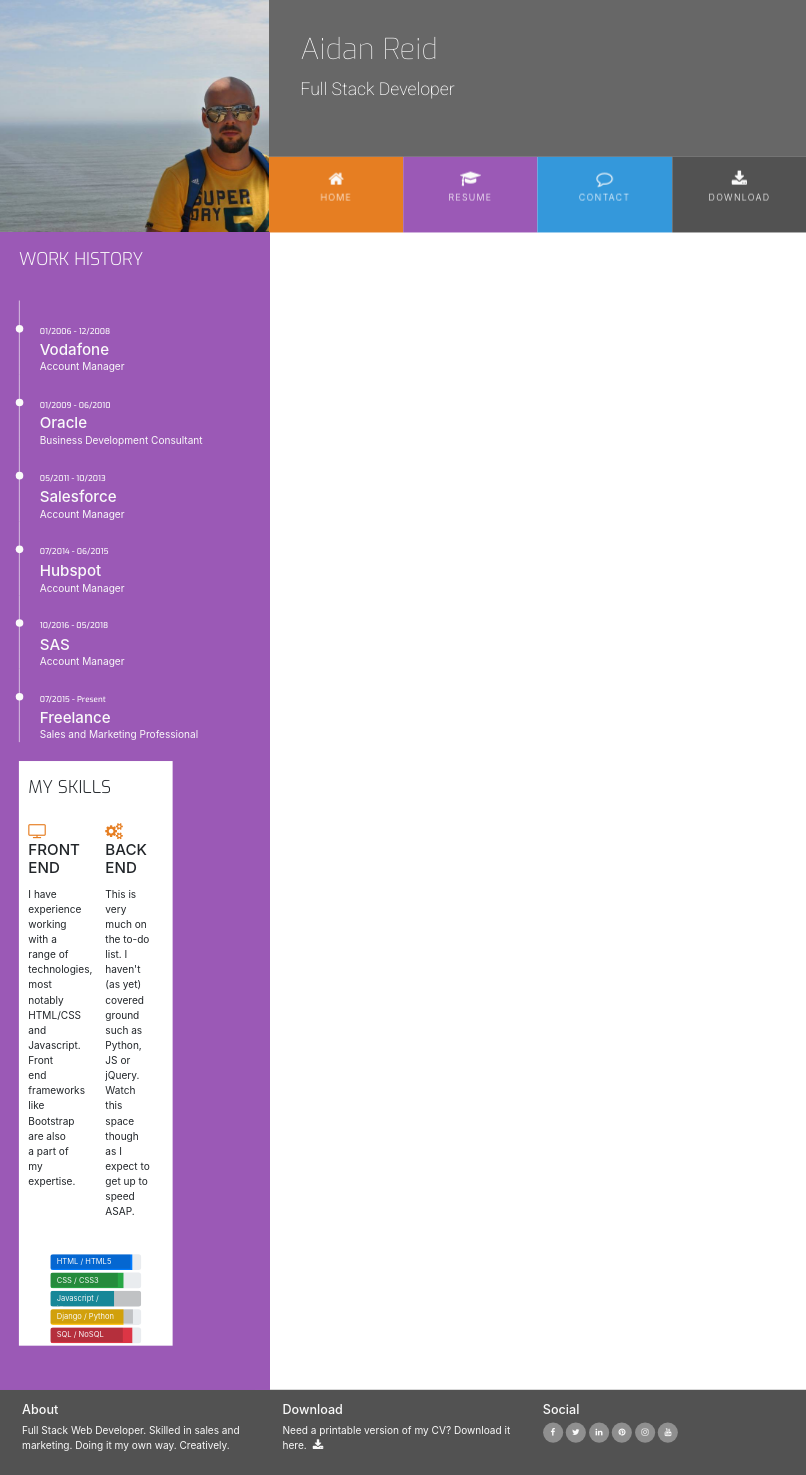
Repository: AidanJReid/Resume
Page: resume.html
The author's editor kept a record of every edit. The page is drawn from the files as they stood at one moment, then again after the next edit.
The browser window is 1280 px wide. The pictures show the whole page, at 63% of full size.

Above is the page before.

### resume.html
<!DOCTYPE html>
<html lang="en">

<head>
    <meta charset="UTF-8">
    <meta name="viewport" content="width=device-width, initial-scale=1.0">
    <meta http-equiv="X-UA-Compatible" content="ie=edge">
    <link rel="stylesheet" href="https://stackpath.bootstrapcdn.com/bootstrap/4.3.1/css/bootstrap.min.css" type="text/css" />
    <link rel="stylesheet" href="https://stackpath.bootstrapcdn.com/font-awesome/4.7.0/css/font-awesome.min.css" type="text/css" />
    <link rel="stylesheet" href="https://cdnjs.cloudflare.com/ajax/libs/hover.css/2.3.1/css/hover-min.css" type="text/css" />
    <link rel="stylesheet" href="assets/css/style.css" type="text/css" />
    <title>Aidan</title>
</head>

<body>
    <header>
        <div class="row no-gutters">
            <a href="index.html" class="col-md-4 logo">

            </a>
            <div class="col-md-8">
                <div class="row no-gutters bg-color-name-title">
                    <div class="col heading">
                        <h1 class="name">Aidan Reid</h1>
                        <h2 class="title">Full Stack Developer</h2>
                    </div>
                </div>
                <div class="row no-gutters">
                    <div class="col">
                        <ul id="nav" class="list-inline menucontainer">
                            <li class="col-6 col-sm-3 ui-menu-color-home list-inline-item menuitem">
                                <a href="#" class="hvr-sweep-to-bottom">
                                    <i class="fa fa-home" aria-hidden="true"></i>
                                    <span>Home</span>
                                </a>
                            </li>
                            <li class="col-6 col-sm-3 ui-menu-color-resume list-inline-item menuitem">
                                <a href="#" class="hvr-sweep-to-bottom">
                                    <i class="fa fa-graduation-cap" aria-hidden="true"></i>
                                    <span>Resume</span>
                                </a>
                            </li>
                            <li class="col-6 col-sm-3 ui-menu-color-contact list-inline-item menuitem">
                                <a href="#" class="hvr-sweep-to-bottom">
                                    <i class="fa fa-comment-o" aria-hidden="true"></i>
                                    <span>Contact</span>
                                </a>
                            </li>
                            <li class="col-6 col-sm-3 ui-menu-color-download list-inline-item menuitem">
                                <a href="#" class="hvr-sweep-to-bottom">
                                    <i class="fa fa-download" aria-hidden="true"></i>
                                    <span>Download</span>
                                </a>
                            </li>
                        </ul>
                    </div>
                </div>
            </div>
        </div>
    </header>
    <section class="container-fluid">
        <div class="row">
            <div class="col-md-4 bg-color-work-history section-column">
                <div class="row">
                    <div class="col-12">
                        <h3 class="history-heading uppercase">Work History</h3>
                    </div>
                </div>
                <div class="history-items">
                <div class="timeline-item" data-dates="01/2006 - 12/2008">
                    <h4>Vodafone</h4>
                    <p>Account Manager</p>
                </div>
                <div class="timeline-item" data-dates="01/2009 - 06/2010">
                    <h4>Oracle</h4>
                    <p>Business Development Consultant</p>
                </div>
                <div class="timeline-item" data-dates="05/2011 - 10/2013">
                    <h4>Salesforce</h4>
                    <p>Account Manager</p>
                </div>
                <div class="timeline-item" data-dates="07/2014 - 06/2015">
                    <h4>Hubspot</h4>
                    <p>Account Manager</p>
                </div>
                <div class="timeline-item" data-dates="10/2016 - 05/2018">
                    <h4>SAS</h4>
                    <p>Account Manager</p>
                </div>
                <div class="timeline-item" data-dates="07/2015 - Present">
                    <h4>Freelance</h4>
                    <p>Sales and Marketing Professional</p>
                </div>
            </div>
            <div class="col-md-8 bg-color-three-reasons">
                <div class="row">
                    <div class="col">
                        <h3 class="section-heading uppercase">My Skills</h3>
                    </div>
                </div>
                <div class="row">
                    <div class="col-10 offset-1 offset-sm-0 col-sm-4 col-md-6">
                        <div class="row">
                            <div class="col-2">
                                <i class="three-reasons-icon fa fa-tv" aria-hidden="true"></i>
                            </div>
                            <div class="col-10">
                                <h4 class="three-reasons-heading uppercase" aria-hidden="true">Front End</h4>
                                <p>
                                    I have experience working with a range of technologies, most notably HTML/CSS and Javascript. Front end frameworks like Bootstrap are also a part of my expertise.
                                </p>
                            </div>
                        </div>
                    </div>
                    <div class="col-10 offset-1 offset-sm-0 col-sm-4 col-md-6">
                        <div class="row">
                            <div class="col-2">
                                <i class="three-reasons-icon fa fa-gears" aria-hidden="true"></i>
                            </div>
                            <div class="col-10">
                                <h4 class="three-reasons-heading uppercase" aria-hidden="true">Back End</h4>
                                <p>
                                    This is very much on the to-do list. I haven't (as yet) covered ground such as Python, JS or jQuery. Watch this space though as I expect to get up to speed ASAP.
                                </p>
                            </div>
                        </div>
                    </div>
                </div>
                <div class="row progress-section">
                    <div class="col">
                        <div class="progress">
                            <div class="progress-bar" role="progressbar" aria-valuenow="90" aria-valuemin="0" aria-valuemax="100" style="width:90%;">
                                <span class="sr-only">90% complete</span>
                            </div>
                            <span class="progress-type">HTML / HTML5</span>
                        </div>
                        <div class="progress">
                            <div class="progress-bar bg-success" role="progressbar" aria-valuenow="80" aria-valuemin="0" aria-valuemax="100" style="width:80%;">
                                <span class="sr-only">80% complete</span>
                            </div>
                            <span class="progress-type">CSS / CSS3</span>
                        </div>
                        <div class="progress">
                            <div class="progress-bar bg-info" role="progressbar" aria-valuenow="70" aria-valuemin="0" aria-valuemax="100" style="width:70%;">
                                <span class="sr-only">70% complete</span>
                            </div>
                            <span class="progress-type">Javascript / jQuery</span>
                        </div>
                        <div class="progress">
                            <div class="progress-bar bg-warning" role="progressbar" aria-valuenow="80" aria-valuemin="0" aria-valuemax="100" style="width:80%;">
                                <span class="sr-only">80% complete</span>
                            </div>
                            <span class="progress-type">Django / Python</span>
                        </div>
                        <div class="progress">
                            <div class="progress-bar bg-danger" role="progressbar" aria-valuenow="80" aria-valuemin="0" aria-valuemax="80" style="width:90%;">
                                <span class="sr-only">80% complete</span>
                            </div>
                            <span class="progress-type">SQL / NoSQL</span>
                        </div>
                    </div>
                </div>
            </div>

    </section>
    <footer class="container-fluid">
        <div id="footer-details" class="row">
            <div class="col-sm-4">
                <h5 class="uppercase-general-sub">About</h5>
                <p class="inline-block">
                    Full Stack Web Developer. Skilled in sales and marketing. Doing it my own way. Creatively.
                </p>
            </div>
            <div class="col-sm-4">
                <h5 class="uppercase-general-sub">Download</h5>
                <p class="inline-block">
                    Need a printable version of my CV? Download it here.
                    <a href="#" target="_blank" class="cv-pdf">
                        <i class="fa fa-download" aria-hidden="true"></i>
                        <span class="sr-only">Download link.</span>
                    </a>
                </p>
            </div>
            <div class="col-sm-4">
                <h5 class="uppercase-general-sub">Social</h5>
                <ul class="list-inline social-links">
                    <li class="list-inline-item">
                        <a target="_blank" href="#">
                            <i class="fa fa-facebook" aria-hidden="true"></i>
                            <span class="sr-only">Facebook</span>
                        </a>
                    </li>
                    <li class="list-inline-item">
                        <a target="_blank" href="#">
                            <i class="fa fa-twitter" aria-hidden="true"></i>
                            <span class="sr-only">Twitter</span>
                        </a>
                    </li>
                    <li class="list-inline-item">
                        <a target="_blank" href="#">
                            <i class="fa fa-linkedin" aria-hidden="true"></i>
                            <span class="sr-only">Linkedin</span>
                        </a>
                    </li>
                    <li class="list-inline-item">
                        <a target="_blank" href="#">
                            <i class="fa fa-pinterest" aria-hidden="true"></i>
                            <span class="sr-only">Pinterest</span>
                        </a>
                    </li>
                    <li class="list-inline-item">
                        <a target="_blank" href="#">
                            <i class="fa fa-instagram" aria-hidden="true"></i>
                            <span class="sr-only">Instagram</span>
                        </a>
                    </li>
                    <li class="list-inline-item">
                        <a target="_blank" href="#">
                            <i class="fa fa-youtube" aria-hidden="true"></i>
                            <span class="sr-only">Youtube</span>
                        </a>
                    </li>
                </ul>
            </div>
        </div>

    </footer>

</body>

</html>

### assets/css/style.css
@import url('https://fonts.googleapis.com/css?family=Roboto:100,200,300,400,500,600,700|Exo:100,200,300,400,500,600,700');

/* -----------------------------------Colours */

.bg-color-name-title {
    background-color: #676767;
}

.bg-color-three-reasons {
    background-color: #fff;
}

.bg-color-personal-info {
    background-color: #f4f4f4;
}

.bg-color-work-history {
    background-color: #9b59b6;
}

.bg-color-contact {
    background-color: #fff;
}

.ui-menu-color-home {
    background-color: #e67e22;
}

.ui-menu-color-resume {
    background-color: #9b59b6;
}

.ui-menu-color-contact {
    background-color: #3498db;
}

.ui-menu-color-download {
    background-color: #525252;
}



/* -----------------------------------Special paddings/margins/text */

h1,
h2,
h3,
h4 {
    margin: 0;
}

.uppercase {
    text-transform: uppercase;
}

.general-sub {
    font-family: "Exo", sans-serif;
    font-weight: 300;
    color: #fafafa;
}

.inline-block {
    display: inline-block;
}

.row-table {
    display: table;
}

.section-column {
    display: table-cell;
    padding: 0 30px 30px;
    float: none;
}

.history-heading,
.section-heading {
    font-family: "Exo", sans-serif;
    font-weight: 300;
    margin-top: 25px;
    margin-bottom: 40px;
}

/* -----------------------------------Heading */

header {
    margin: 0;
}

.heading {
    margin-left: 50px;
}

.logo {
    background: url("../images/AJ.jpg");
    background-position: center;
    background-repeat: no-repeat;
    background-size: cover;
    min-height: 360px;
    transition: all .5s ease-in-out;
    -moz-transition: all .5s ease-in-out;
    -webkit-transition: all .5s ease-in-out;
}

.name {
    font-family: "Exo", sans-serif;
    font-weight: 100;
    font-size: 46px;
    margin-top: 50px;
    color: #fff;
}

.title {
    font-family: "Roboto", sans-serif;
    font-weight: 200;
    font-size: 28px;
    margin-top: 20px;
    margin-bottom: 90px;
    color: #fff;
}



.list-inline-item:not(:last-child) {
    margin: 0;
}

.menucontainer {
    font-size: 0;
}

#nav {
    margin: 0;
}

#nav li {
    font-size: 14px;
    padding: 0;
}

.menuitem {
    height: 120px;
    text-align: center;
    padding: 0;
}

.menuitem a {
    width: 100%;
    text-decoration: none;
    color: #fff;
    height: 120px;
}

.menuitem a i {
    padding-top: 22px;
    display: block;
    color: #fafafa;
    font-size: 26px;
}

.menuitem span {
    display: block;
    width: 100%;
    padding-top: 5px;
    text-align: center;
    text-transform: uppercase;
    font-size: 14px;
    font-weight: 300;
    letter-spacing: 2px;
}

/* -----------------------------------Hover.css */

.hvr-sweep-to-bottom:before {
    background: rgba(0, 0, 0, 0.2);
    height: 120px;
}

/* -----------------------------------Footer */

footer {
    background-color: #525252;
    color: #fafafa;
    min-height: 120px;
    margin: 0;
}

.cv-pdf i {
    font-size: 18px;
    color: #fafafa;
    text-align: center;
    padding-left: 5px;
    transition: all 0.35s ease-in-out;
    -moz-transition: all 0.35s ease-in-out;
    -webkit-transition: all 0.35s ease-in-out;
    -o-transition: all 0.35s ease-in-out;
}

.cv-pdf i:hover {
    color: #e84610;
}

.social-links {
    padding-bottom: 15px;
}

.social-links li a i {
    width: 32px;
    height: 32px;
    padding: 12px 0;
    border-radius: 50%;
    font-size: 13px;
    line-height: 7px;
    text-align: center;
    color: #fafafa;
    background: #8f8f8f;
    transition: all 0.35s ease-in-out;
    -moz-transition: all 0.35s ease-in-out;
    -webkit-transition: all 0.35s ease-in-out;
    -o-transition: all 0.35s ease-in-out;
}

.social-links li a i:hover {
    background: #e84610;
}

#footer-details {
    padding: 20px;
}

/* -----------------------------------3 reasons */

.three-reasons-icon {
    font-size: 26px;
    color: #e67e22;
}

.three-reasons-heading {
    margin-bottom: 15px;
}

/* -----------------------------------Personal Info */

.personal-info-item {
    margin-bottom: 20px;
    display: block;
    clear: both;
}

.personal-info-item .key,
.personal-info-item .value {
    padding-right: 8px;
    display: inline-block;
}

.personal-info-item .key p,
.personal-info-item .value p {
    margin: 0;
}

.personal-info-item .key {
    width: 30%;
    margin-right: 21px;
    padding-top: 2px;
    vertical-align: top;
}

.personal-info-item .key p {
    font-weight: 700;
}

.personal-info-item .value {
    position: relative;
    width: 60%;
}

/* -----------------------------------Skills */

.progress {
    position: relative;
    height: 25px;
    margin-bottom: 4px;
}

.progress-type {
    position: absolute;
    left: 0px;
    font-weight: 400;
    padding: 3px 30px 2px 10px;
    color: #fafafa;
    background-color: rgba(25, 25, 25, 0.2);
}

.progress-section {
    margin: 40px 20px;
}

/* -----------------------------------Work History */

.history-heading {
    color: #fafafa;
    margin-bottom: 50px;
}

.timeline-item {
    padding: 4em 2em 0em 2em;
    position: relative;
    color: #fafafa;
    border-left: 1px solid;
}

.timeline-item p {
    padding: 0;
    margin: 0;
}

.timeline-item:before {
    content: attr(data-dates);
    position: absolute;
    left: 2.5em;
    top: 3em;
    display: block;
    font-family: "Exo", sans-serif;
    font-weight: 500;
    font-size: 0.8em;
    padding: 0;
    margin: 0;
}

.timeline-item:after {
    width: 12px;
    height: 12px;
    display: block;
    top: 2.4em;
    position: absolute;
    left: -6px;
    border-radius: 12px;
    content: '';
    background: #fafafa;
}

.history-items {
    margin-bottom: 30px;
}

/* -----------------------------------Contact Form */

.contact-heading {
    font-family: "Exo", sans-serif;
    font-weight: 300;
    margin-top: 25px;
    margin-bottom: 20px;
}

.center-form {
    padding-top: 10px;
    margin: 0 auto;
    max-width: 70%;
}

button[type="submit"] {
    margin-top: 15px;
    margin-bottom: 20px;
    color: #fafafa;
    background-color: #e84610;
}

/* -----------------------------------Media Queries */

@media(min-width: 992px) {
    .center-form {
        padding-top: 30px;
        min-height: 240px;
        margin: 0 auto;
        max-width: 50%;
    }
}

After the next edit:
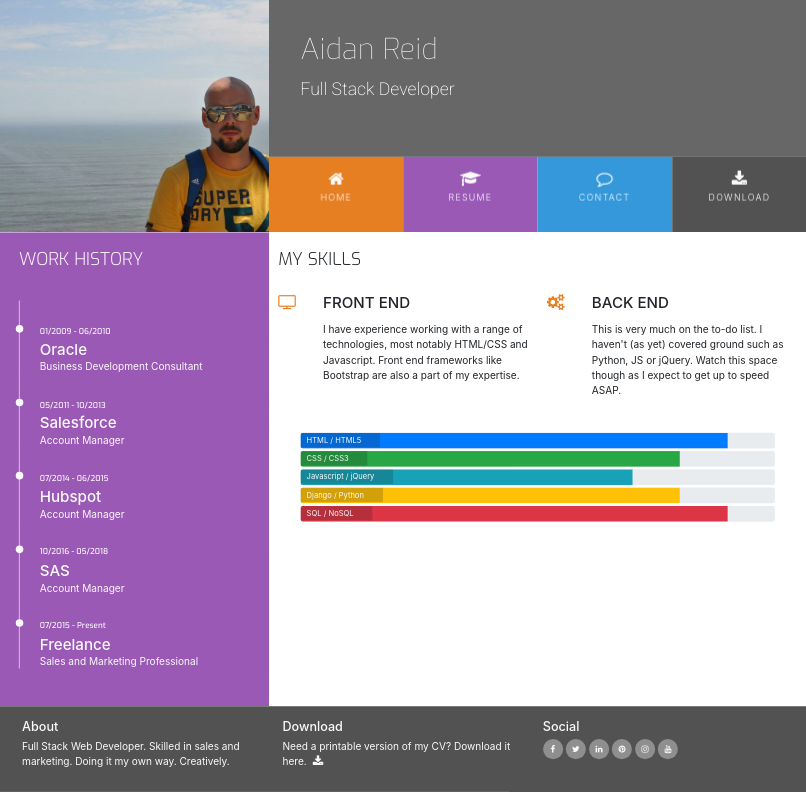
The edit:
--- a/resume.html
+++ b/resume.html
@@ -67,29 +67,26 @@
                     </div>
                 </div>
                 <div class="history-items">
-                <div class="timeline-item" data-dates="01/2006 - 12/2008">
-                    <h4>Vodafone</h4>
-                    <p>Account Manager</p>
-                </div>
-                <div class="timeline-item" data-dates="01/2009 - 06/2010">
-                    <h4>Oracle</h4>
-                    <p>Business Development Consultant</p>
-                </div>
-                <div class="timeline-item" data-dates="05/2011 - 10/2013">
-                    <h4>Salesforce</h4>
-                    <p>Account Manager</p>
-                </div>
-                <div class="timeline-item" data-dates="07/2014 - 06/2015">
-                    <h4>Hubspot</h4>
-                    <p>Account Manager</p>
-                </div>
-                <div class="timeline-item" data-dates="10/2016 - 05/2018">
-                    <h4>SAS</h4>
-                    <p>Account Manager</p>
-                </div>
-                <div class="timeline-item" data-dates="07/2015 - Present">
-                    <h4>Freelance</h4>
-                    <p>Sales and Marketing Professional</p>
+                    <div class="timeline-item" data-dates="01/2009 - 06/2010">
+                        <h4>Oracle</h4>
+                        <p>Business Development Consultant</p>
+                    </div>
+                    <div class="timeline-item" data-dates="05/2011 - 10/2013">
+                        <h4>Salesforce</h4>
+                        <p>Account Manager</p>
+                    </div>
+                    <div class="timeline-item" data-dates="07/2014 - 06/2015">
+                        <h4>Hubspot</h4>
+                        <p>Account Manager</p>
+                    </div>
+                    <div class="timeline-item" data-dates="10/2016 - 05/2018">
+                        <h4>SAS</h4>
+                        <p>Account Manager</p>
+                    </div>
+                    <div class="timeline-item" data-dates="07/2015 - Present">
+                        <h4>Freelance</h4>
+                        <p>Sales and Marketing Professional</p>
+                    </div>
                 </div>
             </div>
             <div class="col-md-8 bg-color-three-reasons">
